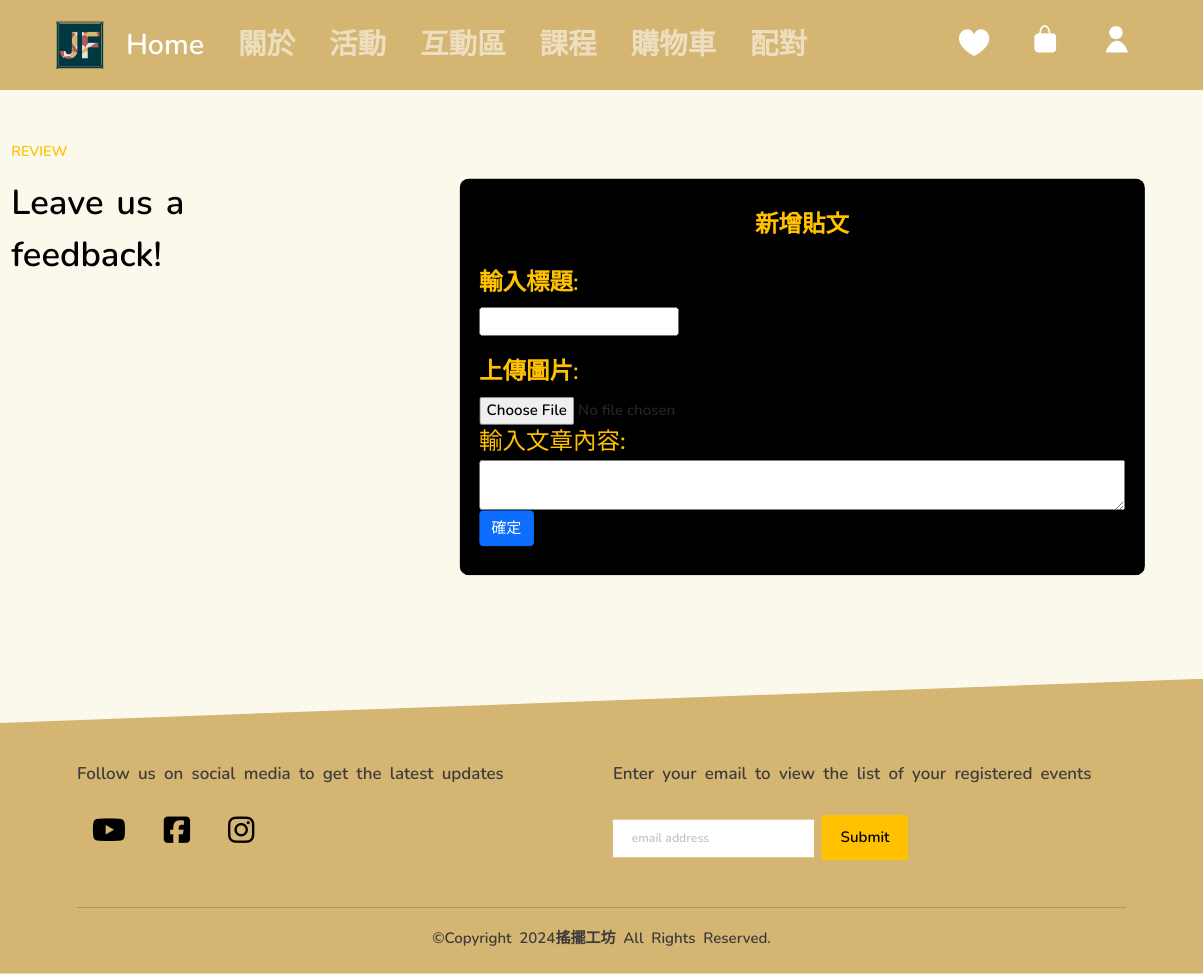
Repository: mmmooonnn0211/project
Page: workspace/demoSpringBoot-1/src/main/resources/static/html/LTInsertFront.html
These files come from the project's save history. The page is drawn as it stood at one moment and after the next save; the edit follows.
The browser window is 1280 px wide. The pictures show the whole page, at 94% of full size.
Some web libraries are served in a nearby version.

Above is the page before, as saved 2024-05-08 19:22:41.
Console error: SyntaxError: Unexpected identifier 'tsByName'

### workspace/demoSpringBoot-1/src/main/resources/static/html/LTInsertFront.html
<!DOCTYPE html>
<html lang="en">

<head>
	<meta charset="UTF-8">
	<meta name="viewport" content="width=device-width, initial-scale=1.0">
	<style>
		.main {
			min-height: 55vh;
			/* 让 .slant 至少占据整个视口高度 */

		}
	</style>
	<!-- Bootstrap CSS -->
	<link href="https://cdn.jsdelivr.net/npm/bootstrap@5.0.0-beta3/dist/css/bootstrap.min.css" rel="stylesheet"
		integrity="sha384-eOJMYsd53ii+scO/bJGFsiCZc+5NDVN2yr8+0RDqr0Ql0h+rP48ckxlpbzKgwra6" crossorigin="anonymous">
	<script src="https://kit.fontawesome.com/4287c80df9.js" crossorigin="anonymous"></script>

	<!--Google Font : Nunito-->
	<link rel="preconnect" href="https://fonts.gstatic.com">
	<link href="https://fonts.googleapis.com/css2?family=Nunito:wght@600&display=swap" rel="stylesheet">

	<!-- For style(All CSS content) -->
	<link rel="stylesheet" type="text/css" href="../styles/home.css" />
	<link rel="stylesheet" type="text/css" href="../styles/footer.css" />
	<link rel="stylesheet" type="text/css" href="../styles/navbar.css" />
	<link rel="icon" href="images/favicon.ico">

	<!-- JS Bundle for BS  -->
	<script src="https://cdn.jsdelivr.net/npm/popper.js@1.16.1/dist/umd/popper.min.js"
		integrity="sha384-9/reFTGAW83EW2RDu2S0VKaIzap3H66lZH81PoYlFhbGU+6BZp6G7niu735Sk7lN" crossorigin="anonymous">
		</script>
	<title>範本</title>
</head>


<body>



	</div>
	<!-- <section> -->
	<div class="main">
		<form method="post" action=" /LTinsertFront.controller" enctype="multipart/form-data"
			onsubmit="return validateForm();">
			<div class="container-fluid" style="margin-top: 150px;">
				<div class="row" style="margin-bottom: 100px; margin-top: 100px;">
					<div class="col-md-4" style="text-align: left;">
						<p class="review">REVIEW</p>
						<p class="feedback">Leave us a <br>feedback!</p>
					</div>
					<div class="col-sm-8">
						<div class="container" id="cards">
							<div class="card" style="margin: auto;">
								<div id="sugg" class="neon-yellow"
									style="font-weight: bold; font-size: 25px; text-align: center;">新增貼文
								</div>
								<br>
								<div id="text" class="neon-yellow" style=" font-size: 25px;">輸入標題:
								</div>
								<div style="height:50px; ">
									<input id="title" name="title" style="width: auto;" ; />
								</div>
								<div id="text" class="neon-yellow" style="font-weight: bold; font-size: 25px;">上傳圖片:
								</div>
								<input type="file" id="picture" name="picture" />

								<div id="picture" class="neon-yellow" style="font-size:25px; ">
									輸入文章內容:
								</div>
								<textarea id="content" name="content"></textarea>

								<div>
									<button type="submit" class="btn btn-primary">確定</button>
								</div>
							</div>
						</div>
					</div>
				</div>
			</div>
		</form>
		<div class="container text-center">

		</div>
	</div>



	<div align="center"></div>
	<div class="container">
	</div>
	<script>
		function validateForm() {
			var replypostInput = document.getElementsByName('replypost')[0].value.trim();
			var userIdInput = document.getElemen tsByName('userId')[0].value.trim();
			var LTIdInput = document.getElementsByName('LTId')[0].value.trim();

			if (replypostInput === '' || userIdInput === '' || LTIdInput === '') {
				Swal.fire({
					icon: 'warning',
					title: '請輸入完整資訊😒',
					showConfirmButton: false,
					timer: 1500
				});
				return false;
			}
			return true;
		}
	</script>

	<script>

		fetch('basic.html')
			.then(response => response.text())
			.then(html => {
				document.body.innerHTML += html;
			});

	</script>
	<script type="text/javascript" charset="utf8"
		src="https://cdn.datatables.net/1.11.5/js/jquery.dataTables.js"></script>
	<script src="https://cdn.jsdelivr.net/npm/bootstrap@5.0.0-beta3/dist/js/bootstrap.bundle.min.js"
		integrity="sha384-JEW9xMcG8R+pH31jmWH6WWP0WintQrMb4s7ZOdauHnUtxwoG2vI5DkLtS3qm9Ekf" crossorigin="anonymous">
		</script>

</body>

</html>

### workspace/demoSpringBoot-1/src/main/resources/static/styles/home.css
/* hiding vertical scroll bar from every page */
::-webkit-scrollbar {
  width: 0 !important
}




body {
  font-family: 'Nunito', sans-serif;
  background-color: #FBF8EC;
  word-spacing: 0.25rem;
}

::selection {
  color: black;
  background: #ffc100;
}

::placeholder {
  color: rgb(202, 192, 192);
}

.neon-yellow {
  color: #ffc100;
}

.working-heading {
  font-size: 2.3rem;
  font-weight: bold;
  color: black;
}


.date-style {
  font-weight: 850;
  padding: 0 0 0.3rem 0;
}

.sub-heading {
  font-size: 1.5rem;
  font-weight: 1000;
  padding: 0 0 0.3rem 0;
}

.small-subtext {
  color: black;
  font-weight: 700;
  font-size: 1rem;
}

.process-heading {
  font-weight: 1000;
  font-size: 0.95rem;
}

.eng,
.feedback,
.some {
  font-size: 2.3rem;
  font-weight: 1000;
  color: black;
}

.center-line {
  border-left: 0.58rem solid #ffc100;
  height: 110%;
  position: absolute;
  top: 0%;
  left: 0%;
}

.padding-for-mobile {
  padding: 0 1rem 2rem 4rem;
  text-align: left;
  /*background-color:  white;*/
}

.stickyy-corner {
  position: -webkit-sticky;
  position: sticky;
  top: 0;
}

.timeline-left-style {
  color: black;
  text-align: right;
  padding: 0 4rem 0 5.2rem;
}

.timeline-right-style {
  color: black;
  text-align: left;
  position: relative;
  padding: 0 5.2rem 0 4rem;
  overflow-y: hidden;
}

.d-block {
  margin-top: 2%;
  border-radius: 7px;
  border: 3px solid rgb(245, 241, 241);
  width: 100%;
}

.chess,
.review,
.event {
  color: #ffc100;
  font-weight: 850;
  font-size: 0.95rem;
}


#text {
  font-weight: 850;
  font-size: 0.75rem;
  margin-bottom: 7px;
}

#sugg {
  font-size: 1.5rem;
  font-weight: 1000;
}

#btn {
  background-color: #ffc100;
  color: rgb(0, 0, 0);
  padding: 10px 20px;
  text-align: center;
  border: none;
  border-radius: 3px;
  display: block;
  margin: auto;
  margin-top: 15px;
  font-weight: bold;
}


#box,
#msg {
  background-color: #DDDDDD;
  border-radius: 3.5px;
  border: none;
  margin-bottom: 12px;
  width: 100%;
}

#msg {
  height: 120px;
}

#box {
  height: 35px;
}

#spon {
  color: black;
  margin-top: 60px;
  display: flex;
  justify-content: space-evenly;
  align-items: center;
  font-weight: bold;
  margin-bottom: 20px;
}

.image {
  height: 100px;
}

.image3 {
  height: 250px;
  overflow-y: hidden;
}

.pic1,
.pic2 {
  font-weight: bold;
  font-size: medium;
}

.pic1 {
  margin-top: 20px;
}

.column {
  display: flex;
  flex-direction: column;
  justify-content: space-evenly;
  align-items: center;
}

.columns {
  display: flex;
  flex-direction: column;
  justify-content: center;
  align-items: flex-start;
}

.pic2 {
  color: gray;
  font-size: small;
}

.event,
.some,
.last,
.pic,
.pic1,
.pic2 {
  display: flex;
  justify-content: space-evenly;
  align-items: center;
}

.subhead {
  color: black;
  font-size: 3rem;
  overflow-y: hidden;
}

.active {
  color: #ffc100;
}

.active:hover {
  color: #ffc100;
}

p {
  color: black;
}

.title-img {
  width: 25%;
  margin-left: 8%;
  transform: rotate(10deg);
}

.hover {
  color: #ffc100;
}

.title-img3 {
  width: 25%;
  transform: rotate(-10deg);
}

.title-img2 {
  width: 35%;
  padding-right: 5%;
  padding-left: 5%;


}

.carousel-img-styles {
  border: 0.13rem solid black;
  border-radius: 1rem;
}

h1 {
  font-size: 5rem;
  line-height: 1.5;
  font-weight: 900;
}

#title {
  margin-bottom: 11rem;
}

.col-lg-3 {
  padding-left: 3rem;
}

.ex-btn {
  margin-top: 2.5rem;
  margin-bottom: 30px;
}

.carousel-container {
  width: 55%;
}

#cards {
  padding: 10px 50px;
}

.card {
  background-color: black;
  border-radius: 10px;
  /* display: block;
    margin: auto;
    font: 16px;
    width:55%; */
  padding: 30px 20px;

}

@media only screen and (max-width: 767px) {
  .small-subtext {
    font-size: 0.8rem;
  }

  .padding-for-mobile {
    padding: 0 0 4rem 2rem;
  }

  /*
  .sticky-corner {
    position: static;
  }
  */
  #cards {
    padding: 0px 20px;
  }


  .sub-heading {
    font-size: 1.3rem;
  }

  .process-heading {
    font-size: 0.85rem;
  }

  .working-heading {
    font-size: 1.5rem;
  }

  .timeline-left-style {
    padding: 0 2.5rem 0 3rem;
  }

  .timeline-right-style {
    padding: 0 3rem 0 2.5rem;
  }

  #spon {
    font-size: 1.5rem;
  }

  .some,
  .eng,
  .feedback {
    font-size: 1.5rem;
  }

  .card {
    width: 100%;
  }

  .pic {
    flex-direction: column;
  }

  .carousel-container {
    width: 85%;
  }
}

@media only screen and (max-width: 575px) {

  .title-img,
  .title-img3 {
    display: none;
  }

  .title-img2 {
    display: block;
    margin: auto;
    width: 100%;
    padding: 50px;
  }
}

@media only screen and (max-width: 375px) {


  .date-style {
    font-size: 0.8rem;
  }

  .sub-heading {
    font-size: 0.9rem;
  }

  .small-subtext {
    font-size: 0.7rem;
  }

  .timeline-left-style {
    padding: 0 1.6rem 0 2rem;
  }

  .timeline-right-style {
    padding: 0 2rem 0 2rem;
  }
}

### workspace/demoSpringBoot-1/src/main/resources/static/styles/footer.css
/*
hiding vertical scroll bar from every page
*/
::-webkit-scrollbar {
    width: 0 !important
}




.slant {
    /* width: 110%;
    background-color: #DDDDDD;
    transform: rotate(-3deg);
    height: 100px; */
    clip-path: polygon(0 15%, 100% 0, 100% 100%, 0 100%);
  }

  .container{
    margin-top: 30px;
  }

  .left, .right {
    font-size: large;
    font-weight: bold;
    margin-top: 50px;
    color: rgb(61, 59, 59);
    margin-bottom: 30px;
  }

  .below {
    background-color:#D4B572;
    position: relative;
    padding-top: 8px;
    padding-bottom: 6px;
    width: 100%;
    height: 100%;
  }

  #mail {
    border: none;
    height: 30px;
    padding: 20px;
    font-size: small;
    font-weight: bold;
  }

  #bttn {
    background-color: #ffc100;
    color: black;
    padding: 12px 20px;
    text-align: center;
    border: none;
    border-radius: 3px;
    font-weight: bold;
  }


  .fa-youtube:hover{
    color: rgb(230, 59, 59);
    transition: 0.5s;
  }

  .fa-twitter:hover, .fa-facebook-square:hover{
    color: rgba(18, 212, 212, 0.596);
    transition: 0.5s;
  }

  .fa-instagram:hover{
    color: rgb(218, 30, 61);
    transition: 0.5s;
  }

  .fa-github{
    color: rgb(43, 36, 36);
    transition: 0.5s;
  }

  .fab {
    padding: 0 1rem 0 1rem;
    font-size: 2rem;
    color: black;
  }

  .last {
    font-weight: 900;
    color: rgb(61, 59, 59);
    margin: 20px;
    display: flex;
  justify-content: space-evenly;
  align-items: center;
  }

  @media only screen and (max-width: 767px) {
    .slant{
      clip-path: polygon(0 5%, 100% 0, 100% 100%, 0 100%);
    }
  }

  @media only screen and (max-width: 375px) {
    .slant{
      clip-path: polygon(0 5%, 100% 0, 100% 100%, 0 100%);
    }
  }

### workspace/demoSpringBoot-1/src/main/resources/static/styles/navbar.css
/* 鼠標移動導覽列*/
.nav-item :hover {
  color: rgb(255, 128, 128);
  cursor: pointer;
  background-color: #B15A5E;
  border-radius: 10px;
}

.navbar a {
  color: #ff2600a2;
  border-radius: 10px;
}


.navbar {
  padding: 1rem 2rem;
  position: fixed;
  z-index: 100;
  width: 100%;
  margin: 0;
  top: 0;
  left: 0;
  background-color: #D4B572;
}

.nav-item {
  padding: 0 20px 0 0;
}

.nav-link {
  font-size: 1.9rem;
  font-weight: 900;

}


.dropdown-item,
.dropdown-menu {
  background-color: #B15A5E;
  color: #BF3F41;
  ;
  margin: 0;
}






.dropdown-menu a {
  color: white;
  ;
  text-decoration: none;
  display: block;
  text-align: left;
}

### workspace/demoSpringBoot-1/src/main/resources/static/html/basic.html
<!doctype html>
<html lang="en">

<head>
    <!-- Required meta tags -->
    <meta charset="utf-8">
    <meta name="viewport" content="width=device-width, initial-scale=1">




    <title>JFSwing</title>
</head>

<body>

    <!-- Shashank's Section -->
    <!-- <section class="title"> -->
    <!-- Navbar section -->
    <nav class="navbar navbar-expand-lg navbar-dark">
        <!-- <LOGO> -->
        <div class="container-fluid">
            <div width="50px" height="50px">
                <a class="m-3" href="index.html"> <img src="../images/LOGO.png" width="50px" height="50px"
                        alt="Eternals">
                </a>
                <button class="navbar-toggler" type="button" data-bs-toggle="collapse" data-bs-target="#navbarCollapse"
                    aria-controls="navbarCollapse" aria-expanded="false" aria-label="Toggle navigation">
                    <span class="navbar-toggler-icon"></span>
                </button>
            </div>
            <div class="collapse navbar-collapse" id="navbarCollapse">
                <ul class="navbar-nav ">
                    <li class="nav-item">
                        <a class="nav-link active" href="frontPage.html">Home </a>
                    </li>
                    <li class="nav-item">
                        <a class="nav-link" href="about.html">關於</a>
                    </li>
                    <li class="nav-item">
                        <a class="nav-link" href="EventAll.html">活動</a>
                    </li>
                    <li class="nav-item">
                        <a class="nav-link" href="/LTSelectAll2">互動區</a>
                    </li>
                    <li class="nav-item">
                        <a class="nav-link" href="contact.html">課程</a>
                    </li>
                    <li class="nav-item">
                        <a class="nav-link" href="">購物車</a>
                    </li>
                    <li class="nav-item">
                        <a class="nav-link" href="">配對</a>
                    </li>

                </ul>

            </div>

            <!-- <右上角的東西> -->
            <div class="navbar-nav justify-content-end">
                <ul class="navbar-nav">
                    <li class="nav-item">
                        <div class="m-2 rounded-circle overflow-hidden align-self-center ratio ratio-1x1"
                            style="width: 40px">
                            <img src="../images/LOVE.png" alt="" class="object-fit-cover w-100 h-100" />
                        </div>
                    </li>
                    <li class="nav-item">
                        <div class="m-2 rounded-circle overflow-hidden align-self-center ratio ratio-1x1"
                            style="width: 40px">
                            <img src="../images/SHOP.png" alt="" class="object-fit-cover w-100 h-100" />
                        </div>
                    </li>
                    <li class="nav-item">
                        <a href="#" target="_blank"
                            class="m-2 rounded-circle overflow-hidden align-self-center ratio ratio-1x1"
                            style="width: 40px; display: inline-block;">
                            <img src="../images/MAN.png" alt="Facebook" class="object-fit-cover w-100 h-100" />
                        </a>
                    </li>

                </ul>

            </div>
        </div>
    </nav>

    <!-- Title -->
    <!-- <中間> -->



    <!-- footer-->
    <div class="slant footer-content mt-auto">

        <footer class="below">
            <div class="container">
                <div class="row">
                    <div class="col-lg-6">
                        <p class="left">Follow us on social media to get the latest updates</p>
                        <a href="#"><i class="fab fa-youtube"></i></a>
                        <a href="https://www.facebook.com/apple.hi.77?mibextid=kFxxJD"><i
                                class="fab fa-facebook-square"></i></a>
                        <a href="#"><i class="fab fa-instagram"></i></a>

                    </div>
                    <div class="col-lg-6">
                        <p class="right">Enter your email to view the list of your registered events</p>
                        <input id="mail" placeholder="email address">
                        <span><button id="bttn">
                                Submit </button></span>
                    </div>
                </div>
                <hr style="margin-top: 50px;">
            </div>
            <div class="last">&copy;Copyright 2024搖擺工坊 All Rights Reserved.</div>
        </footer>

    </div>



</body>

</html>

After the next save:
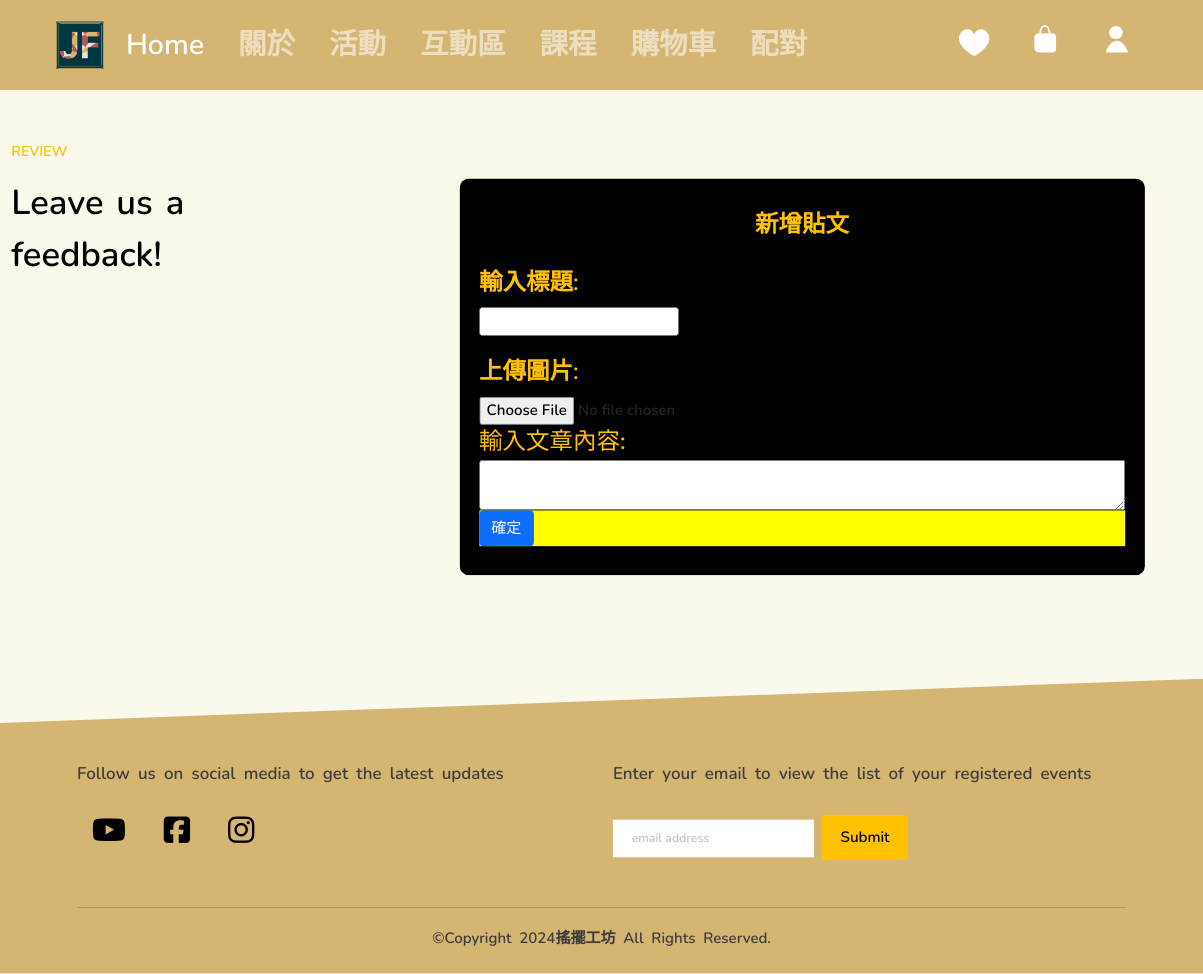
Saved 27 s later.
--- a/workspace/demoSpringBoot-1/src/main/resources/static/html/LTInsertFront.html
+++ b/workspace/demoSpringBoot-1/src/main/resources/static/html/LTInsertFront.html
@@ -70,7 +70,7 @@
 								</div>
 								<textarea id="content" name="content"></textarea>
 
-								<div>
+								<div style="background-color:yellow">
 									<button type="submit" class="btn btn-primary">確定</button>
 								</div>
 							</div>
